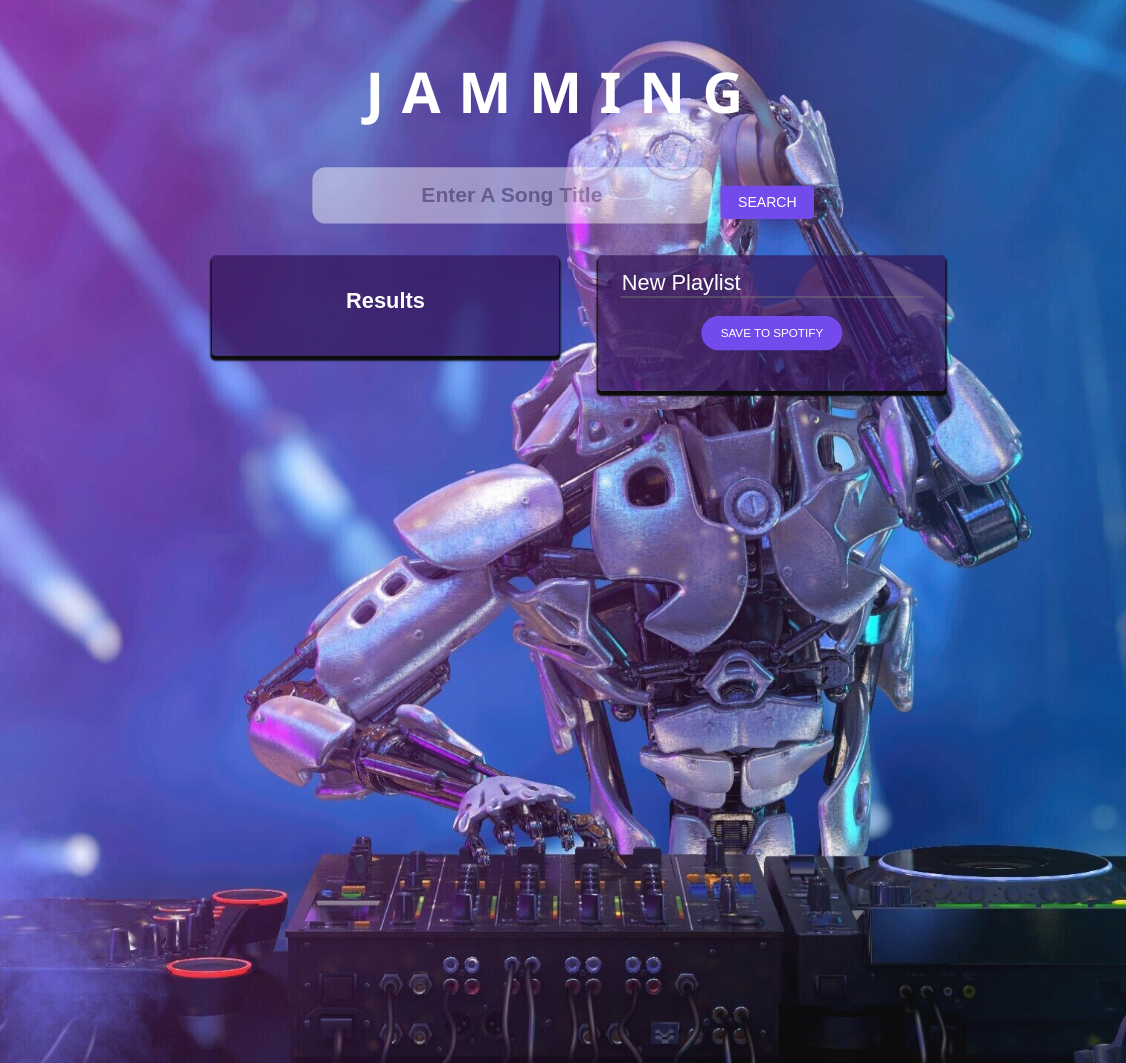
Repository: LolaSL/jamming
Page: /
An editor plug-in stored every save of this project. The page is shown before and after a run of saves, followed by the edit.
The browser window is 1280 px wide. The pictures show the whole page, at 88% of full size.
The project was rebuilt for these pictures with package versions that can differ from the ones it lists, and the page was loaded fresh each time. Also part of the build but not shown: src/components/Track/Track.css, src/components/Track/Track.jsx.

Above is the page before, as saved 2023-06-23 18:11:31.

### src/App/App.js
import React, { useState, useCallback } from "react";
import "./App.css";

import Playlist from "../components/PlayList/PlayList.jsx";
import SearchBar from "../components/SearchBar/SearchBar";
import SearchResults from "../components/SearchResults/SearchResults";
import Spotify from "../utils/Spotify";

const App = () => {
  const [searchResults, setSearchResults] = useState([]);
  const [playlistName, setPlaylistName] = useState("New Playlist");
  const [playlistTracks, setPlaylistTracks] = useState([]);

  const search = useCallback(async (term) => {
    const results = await Spotify.search(term);
    setSearchResults(results);
  }, []);

  const addTrack = useCallback((track) => {
    if (playlistTracks.some((savedTrack) => savedTrack.id === track.id)) {
      return;
    }
    setPlaylistTracks((prevTracks) => [...prevTracks, track]);
  }, [playlistTracks]);

  const removeTrack = useCallback((track) => {
    setPlaylistTracks((prevTracks) =>
      prevTracks.filter((currentTrack) => currentTrack.id !== track.id)
    );
  }, []);

  const updatePlaylistName = useCallback((name) => {
    setPlaylistName(name);
  }, []);

  const savePlaylist = useCallback(async () => {
    const trackUris = playlistTracks.map((track) => track.uri);
    await Spotify.savePlaylist(playlistName, trackUris);
    setPlaylistName("New Playlist");
    setPlaylistTracks([]);
  }, [playlistName, playlistTracks]);

  return (
    <div className="App-container" data-testid="app-test">
      <h1>
        Jamming
      </h1>
      <SearchBar onSearch={search} />
      <div className="App-playlist">
          <SearchResults searchResults={searchResults} onAdd={addTrack} />
          <Playlist
            playlistName={playlistName}
            playlistTracks={playlistTracks}
            onNameChange={updatePlaylistName}
            onRemove={removeTrack}
            onSave={savePlaylist}
        />
      </div>
      </div>
  );
};

export default App;
;

### src/App/App.css
body,
html,
#root {
  height: 100%;

}

/* CSS for App-container */
.App-container {
  display: flex;
  flex-direction: column;
  align-items: center;
  padding: 20px;
  background-color: #f0f0f0;
  background-image: url('./background.jpg');
  height: 150%;
  padding: 0 17% 10% 17%;
  opacity: 0.95;
  background-size: cover;
  overflow: hidden;
  background-position: center;
  background-repeat: no-repeat;
  font-family: 'Work Sans', sans-serif;
  font-weight: 500;
  color: #56649f;
  text-align: center;
}

/* CSS for h1 */
h1 {
  font-family:'Segoe UI', Tahoma, Geneva, Verdana, sans-serif;
  text-transform: uppercase;
  letter-spacing: 20px;
  color: #ffffff;
  font-size: 4rem;
  margin-top: 60px;
}

/* CSS for SearchBar */
.SearchBar {
  display: flex;
  justify-content: center;
  align-items: center;
  margin-bottom: 20px;
}

/* CSS for App-playlist */
.App-playlist {
  display: grid;
  grid-template-columns: 1fr 1fr;
  grid-gap:80px;
  align-items: justify;
  /* width:500px; */
  margin: 0 auto;
}

/* CSS for SearchResults and Playlist components */
.SearchResults,
.Playlist {
  background-color: #fff;
  padding: 20px;
  border-radius: 4px;
  box-shadow: 0 2px 4px rgba(0, 0, 0, 0.1);
}

### src/components/PlayList/PlayList.jsx
import React, { useCallback } from "react";
import PropTypes from "prop-types";
import "./PlayList.css";
import TrackList from "../TrackList/TrackList";

const Playlist = ({
  onNameChange,
  playlistTracks,
  onRemove,
  onSave
}) => {
  const handleNameChange = useCallback((event) => {
    onNameChange(event.target.value);
  }, [onNameChange]);

  return (
    <div className="Playlist">
      <input onChange={handleNameChange} defaultValue={"New Playlist"} />
      <TrackList
        tracks={playlistTracks}
        isRemoval={true}
        onRemove={onRemove}
      />
      <button className="Playlist-save" onClick={onSave}>
        SAVE TO SPOTIFY
      </button>
    </div>
  );
};

Playlist.propTypes = {
  onNameChange: PropTypes.func,
  playlistTracks: PropTypes.array,
  onRemove: PropTypes.func,
  onSave: PropTypes.func
};

export default Playlist;

### src/components/SearchBar/SearchBar.jsx
import React, { useState, useCallback } from "react";
import "./SearchBar.css";

const SearchBar = ({ onSearch }) => {
  const [term, setTerm] = useState("");

  const handleTermChange = useCallback((event) => {
    setTerm(event.target.value);
  }, []);

  const search = useCallback(() => {
    onSearch(term);
  }, [onSearch, term]);

  return (
    <form className="SearchBar">
      <input placeholder="Enter A Song Title" onChange={handleTermChange} />
      <button className="SearchButton" onClick={search}>
        SEARCH
      </button>
    </form>
  );
};

export default SearchBar;

### src/components/SearchResults/SearchResults.jsx
import React from "react";
import "./SearchResults.css";
import TrackList from "../TrackList/TrackList";

const SearchResults = ({ searchResults, onAdd }) => {
  return (
    <div className="SearchResults">
      <h2>Results</h2>
      <TrackList tracks={searchResults} onAdd={onAdd} />
    </div>
  );
};

export default SearchResults;

### src/utils/Spotify.js
const clientId = 'a18dfb23f21c4bf69aa0c5c6ac72acdc'; // Insert client ID here.
const redirectUri = 'http://localhost:3000/'; // Have to add this to your accepted Spotify redirect URIs on the Spotify API.

let accessToken;

const Spotify = {
  getAccessToken() {
    if (accessToken) {
      return accessToken;
    }

    const accessTokenMatch = window.location.href.match(/access_token=([^&]*)/);
    const expiresInMatch = window.location.href.match(/expires_in=([^&]*)/);
    if (accessTokenMatch && expiresInMatch) {
      accessToken = accessTokenMatch[1];
      const expiresIn = Number(expiresInMatch[1]);
      window.setTimeout(() => accessToken = '', expiresIn * 1000);
      window.history.pushState('Access Token', null, '/'); // This clears the parameters, allowing us to grab a new access token when it expires.
      return accessToken;
    } else {
      const accessUrl = `https://accounts.spotify.com/authorize?client_id=${clientId}&response_type=token&scope=playlist-modify-public&redirect_uri=${redirectUri}`;
      window.location = accessUrl;
    }
  },

  async search(term) {
    const accessToken = Spotify.getAccessToken();
    const response = await fetch(`https://api.spotify.com/v1/search?type=track&q=${term}`, {
      headers: {
        Authorization: `Bearer ${accessToken}`
      }
    });
    const jsonResponse = await response.json();
    if (!jsonResponse.tracks) {
      return [];
    }
    return jsonResponse.tracks.items.map(track => ({
      id: track.id,
      name: track.name,
      artist: track.artists[0].name,
      album: track.album.name,
      popularity: track.popularity,
      uri: track.uri
    }));
  },

  savePlaylist(name, trackUris) {
    if (!name || !trackUris.length) {
      return;
    }

    const accessToken = Spotify.getAccessToken();
    const headers = { Authorization: `Bearer ${accessToken}` };
    let userId;

    return fetch('https://api.spotify.com/v1/me', { headers: headers }
    ).then(response => response.json()
    ).then(jsonResponse => {
      userId = jsonResponse.id;
      return fetch(`https://api.spotify.com/v1/users/${userId}/playlists`, {
        headers: headers,
        method: 'POST',
        body: JSON.stringify({ name: name })
      }).then(response => response.json()
      ).then(jsonResponse => {
        const playlistId = jsonResponse.id;
        return fetch(`https://api.spotify.com/v1/users/${userId}/playlists/${playlistId}/tracks`, {
          headers: headers,
          method: 'POST',
          body: JSON.stringify({ uris: trackUris })
        });
      });
    });
  }
};

export default Spotify;

### src/components/PlayList/PlayList.css
.Playlist {
    display: flex;
    flex-direction: column;
    align-items: center;
    justify-items: center;
    overflow-y: scroll;
    width: 100%;
    max-height: 900px;
    padding: 1.1rem;
    background-color: rgba(40, 9, 80, 0.7);
    box-shadow: 0 4px 2px 2px #000000;

  }

  .Playlist input {
    width: 95%;
    border: 0;
    outline: 0;
    background: transparent;
    border-bottom: 1px solid #6f6f6f;
    font-family: 'Poppins', sans-serif;
    font-size: 1.55rem;
    color: #fff;
  }

  .Playlist-save {
    cursor: pointer;
    width: 10rem;
    padding: .77rem 0;
    border-radius: 54px;
    border-width: 0px;
    margin-top: 1.27rem;
    background-color: #6c41ec;
    text-align: center;
    font-size: .83rem;
    transition: background-color .25s;
    color: #fff;
    font-weight: 500;
  }

  .Playlist-save:hover {
    background-color: rgba(108, 65, 233, .7);
  }

  ::-webkit-scrollbar {
      width: 0px;
      background: transparent;
  }

  @media screen and (min-width: 400px) {
    .Playlist {
      width: 70%;
      height: auto;
      align-items: center;
    }
  }

  @media screen and (min-width: 800px) {
    .Playlist {
      width:75%;
      height: auto;
    }
  }
  @media only screen and (max-width: 1220px) {
    .Playlist {
      width: 90%;
      height: auto;
      align-items: center;
    }
  }
  @media only screen and (max-width: 1620px) {
    .Playlist {
      width: 100%;
      height: auto;
      align-items: center;
    }
  }

### src/components/TrackList/TrackList.jsx
import React from "react";
import PropTypes from "prop-types";
import "./TrackList.css";
import Track from "../Track/Track";

const TrackList = ({ tracks, onAdd, isRemoval, onRemove }) => {
  return (
    <div className="TrackList">
      {tracks.map((track, index) => (
        <Track
          key={index}
          track={track}
          onAdd={onAdd}
          isRemoval={isRemoval}
          onRemove={onRemove}
        />
      ))}
    </div>
  );
};

TrackList.propTypes = {
  tracks: PropTypes.array,
  onAdd: PropTypes.func,
  onRemove: PropTypes.func,
  isRemoval: PropTypes.bool,
};

export default TrackList;

### src/components/SearchBar/SearchBar.css
/* CSS for SearchBar form */
.SearchBar {
  display: flex;
  align-items: center;
}

/* CSS for input */
.SearchBar input {
  flex-grow: 1;
  padding: 10px;
  border-radius: 4px;
  font-size: 16px;
  margin-right: 10px;
  width: 450px;
  /* height: 25px; */
  padding:1rem 0;
  border: 2px solid #fff;
  border-radius: 15px;
  margin-bottom: 1rem;
  color: black;
  font-weight: 600;
  text-align: center;
  font-size: 1.5rem;
  opacity: 0.45;
  z-index: 1;
}

/* CSS for button */
.SearchBar button {
  padding: 10px 20px;
  background-color: #6c41ec;
  color: #fff;
  border: none;
  border-radius: 4px;
  font-size: 16px;
  cursor: pointer;
}

/* CSS for button hover effect */
.SearchBar button:hover {
  background-color: rgba(108, 65, 233, 0.7);
}



/* .SearchBar {
  display: flex;
  flex-direction: column;
  align-items: center;
  padding-top: 4rem;
  margin-bottom: 4rem;
}

.SearchBar input {
  width: 450px;
  height: 25px;
  padding:1rem 0;
  border: 2px solid #fff;
  border-radius: 15px;
  margin-bottom: 1rem;
  color: black;
  font-weight: 600;
  text-align: center;
  font-size: 1.5rem;
  opacity: 0.45;
  z-index: 1;
}

.SearchBar input:focus {
  outline: none;
}

.SearchButton {
  cursor: pointer;
  width: 8.11rem;
  padding: 0.77rem 0;
  border-radius: 54px;
  background-color: rgba(40, 9, 80, 0.7);
  text-align: center;
  font-size: 1rem;
  transition: background-color 0.25s;
  border: 0px;
  color: #fff;
  font-weight: 500;
}

.SearchButton:hover {
  background-color: rgba(108, 65, 233, 0.7);
} */

### src/components/SearchResults/SearchResults.css
.SearchResults {
  display: flex;
  flex-direction: column;
  align-items: left;
  overflow-y: scroll;
  width: 38%;
  max-height: 900px;
  padding: 1.1rem;
  background-color: rgba(40, 9, 80, 0.7);
  box-shadow: 0 4px 2px 2px #000000;
  gap: 10px;

  }
  h2{
    font-family: 'Poppins', sans-serif;
    color: #ffffff;
    text-align: left;
    font-size: 1.55rem;
  }
  ::-webkit-scrollbar {
      width: 0px;
      background: transparent;
  }

  /* @media only screen and (max-width: 1020px) {
    .SearchResults {
      width: 90%;
      margin-bottom:2.5rem;
    }
  } */

  @media screen and (min-width: 400px) {
    .SearchResults {
      width: 70%;
      margin-bottom:1.5rem;
      align-items: center;
    }
  }

  @media screen and (min-width: 800px) {
    .SearchResults {
      width:75%;
      margin-bottom:2rem;
      align-items: center;
    }
  }
  @media only screen and (max-width: 1220px) {
    .SearchResults {
      width: 90%;
      margin-bottom:2.5rem;
      align-items: center;
    }
  }
  @media only screen and (max-width: 1620px) {
    .SearchResults {
      width: 100%;
      margin-bottom:2.5rem;
      align-items: center;
    }
  }

### src/components/TrackList/TrackList.css
.TrackList {
    width: 100%;
    overflow-y: scroll;
  }

  @media screen and (max-width: 400px) {
    .TrackList {
      width: 70%;
      height: auto;
      align-items: center;
    }
  }

  @media screen and (max-width: 800px) {
    .TrackList {
      width:75%;
      height: auto;
      align-items: center;
    }
  }
  @media only screen and (max-width: 1220px) {
    .TrackList {
      width: 90%;
      height: auto;
      align-items: center;
    }
  }
  @media only screen and (max-width: 1620px) {
    .TrackList {
      width: 100%;
      height: auto;
      align-items: center;
    }
  }

Loaded but not shown: public/index.html (common file); src/index.js (common file); src/index.css (common file); src/reportWebVitals.js (common file)

After the next 7 saves:
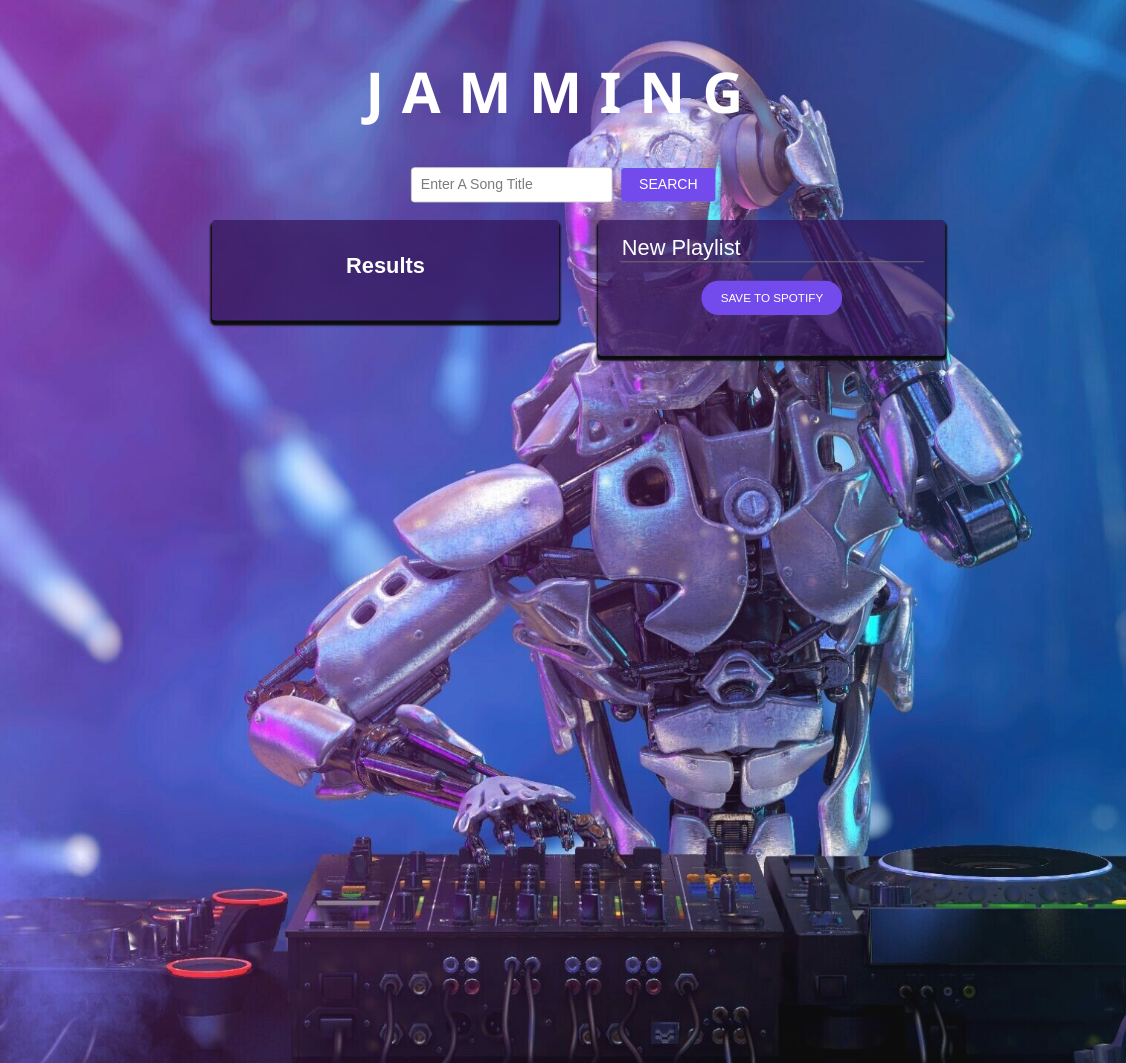
The 7 saves are shown as one change because they came seconds apart.
The last was saved 26 s later.
--- a/src/components/SearchBar/SearchBar.css
+++ b/src/components/SearchBar/SearchBar.css
@@ -8,21 +8,11 @@
 .SearchBar input {
   flex-grow: 1;
   padding: 10px;
+  border: 1px solid #ccc;
   border-radius: 4px;
   font-size: 16px;
   margin-right: 10px;
-  width: 450px;
-  /* height: 25px; */
-  padding:1rem 0;
-  border: 2px solid #fff;
-  border-radius: 15px;
-  margin-bottom: 1rem;
-  color: black;
-  font-weight: 600;
-  text-align: center;
-  font-size: 1.5rem;
-  opacity: 0.45;
-  z-index: 1;
+
 }
 
 /* CSS for button */
